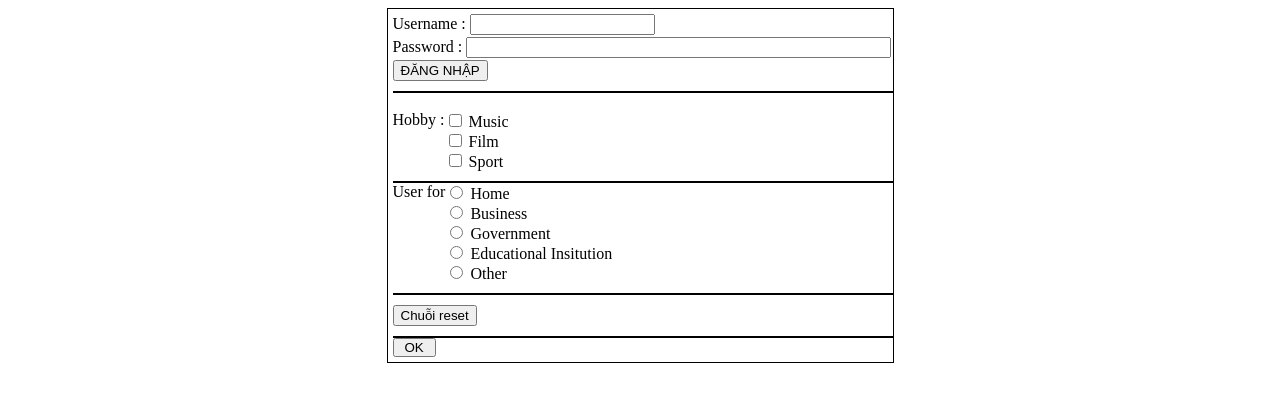
Repository: Tan-Khang21/TH_TKW--Buoi_04
Page: Bai_Tap_Mau/Bai_02/Bai_02.html
The author's editor kept a copy of each file at every save. The page is drawn from the files as they stood at one save, then again after the next save.
The browser window is 1280 px wide. The pictures show the whole page.

Above is the page before, as saved 2024-03-05 22:45:31.

### Bai_Tap_Mau/Bai_02/Bai_02.html
<!DOCTYPE html>
<html lang="en">
  <head>
    <meta charset="UTF-8" />
    <meta name="viewport" content="width=device-width, initial-scale=1.0" />
    <title>Document</title>
  </head>
  <body>
    <form
      style="
        width: 500px;
        margin: 0 auto;
        border: 1px solid black;
        padding: 5px;
        padding-right: 0;
      "
    >
      <span>Username :</span>
      <input type="text" />
      <br />
      <span>Password :</span>
      <input style="margin-top: 2px" type="password" size="50" />
      <br />
      <input
        style="margin-top: 2px"
        type="submit"
        value="ĐĂNG NHẬP"
        style="padding: 0 5px"
      />
      <div
        style="border-bottom: 2px solid black; width: 100%; margin-top: 10px"
      ></div>
      <br />
      <div style="display: flex">
        <span>Hobby :</span>
        <div style="display: flex; flex-direction: column">
          <div><input type="checkbox" /> Music</div>
          <div><input type="checkbox" /> Film</div>
          <div><input type="checkbox" /> Sport</div>
        </div>
      </div>
      <div
        style="border-bottom: 2px solid black; width: 100%; margin-top: 10px"
      ></div>
      <div style="display: flex">
        <span>User for </span>
        <div style="display: flex; flex-direction: column">
          <div><input name="radio" type="radio" /> Home</div>
          <div><input name="radio" type="radio" /> Business</div>
          <div><input name="radio" type="radio" /> Government</div>
          <div><input name="radio" type="radio" /> Educational Insitution</div>
          <div><input name="radio" type="radio" /> Other</div>
        </div>
      </div>
      <div
        style="border-bottom: 2px solid black; width: 100%; margin-top: 10px"
      ></div>
      <input type="reset" value="Chuỗi reset" style="margin-top: 10px;">
      <div
        style="border-bottom: 2px solid black; width: 100%; margin-top: 10px"
      ></div>
      <input type="submit" value="OK" style="padding: 0 10px;">
    </form>
  </body>
</html>

After the next save:
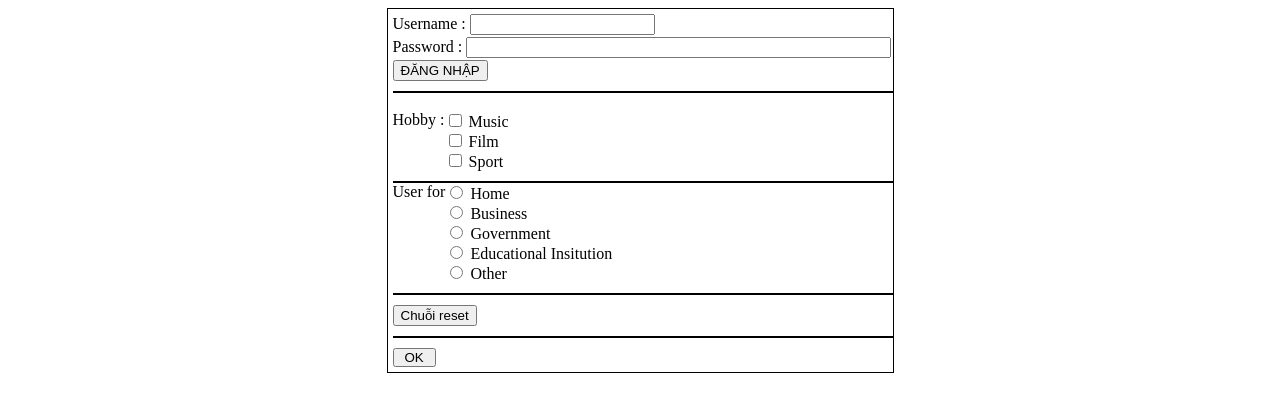
Saved 12 s later.
--- a/Bai_Tap_Mau/Bai_02/Bai_02.html
+++ b/Bai_Tap_Mau/Bai_02/Bai_02.html
@@ -59,7 +59,7 @@
       <div
         style="border-bottom: 2px solid black; width: 100%; margin-top: 10px"
       ></div>
-      <input type="submit" value="OK" style="padding: 0 10px;">
+      <input type="submit" value="OK" style="padding: 0 10px; margin-top: 10px">
     </form>
   </body>
 </html>
